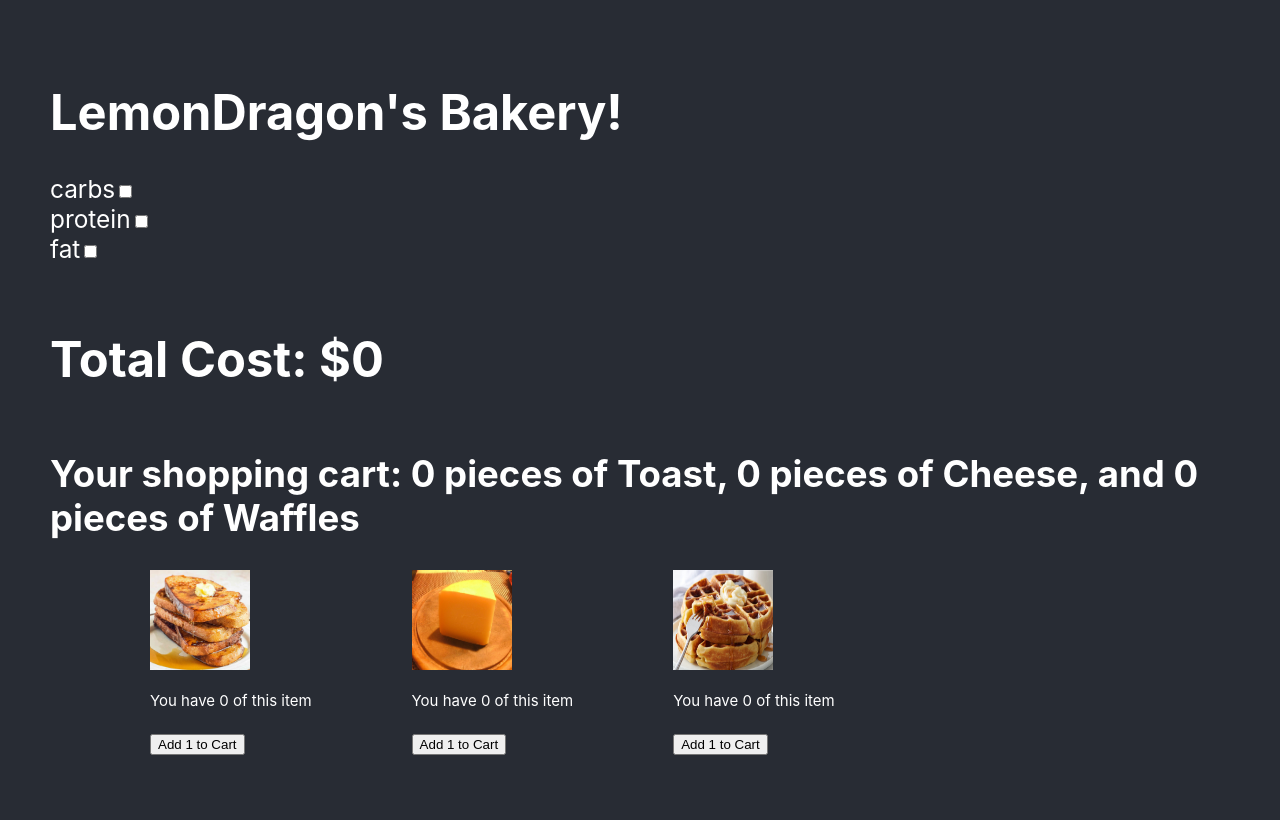
Repository: happydragon200/development
Page: /
An editor plug-in stored every save of this project. The page is shown before and after a run of saves, followed by the edit.
The browser window is 1280 px wide. The pictures show the whole page.
The project was rebuilt for these pictures with package versions that can differ from the ones it lists, and the page was loaded fresh each time.

Above is the page before, as saved 2022-12-02 04:48:35.

### src/App.js
import React, { useState } from 'react'
import baguette from './images/baguette.jpg'
import toast from './images/toast.png'
import cheese from './images/cheese.jpg'
import waffle from './images/waffle.jpg'
import Container from 'react-bootstrap/Container'
import Nav from 'react-bootstrap/Nav'
import Navbar from 'react-bootstrap/Navbar'
import NavDropdown from 'react-bootstrap/NavDropdown'
import './App.css'

function App() {
  return (
    <div>
      <div className="App">
        <header className="App-header">
          <h1>LemonDragon's Bakery!</h1>
          <Menu />
        </header>
      </div>
    </div>
  )
}

function FilterBar(props) {
  const { selected, changeSelected } = props

  const carbsButton = FilterButton(selected, changeSelected, 'carbs')
  const proteinButton = FilterButton(selected, changeSelected, 'protein')
  const fatButton = FilterButton(selected, changeSelected, 'fat')

  const pieButton = FilterButton(selected, changeSelected, 'pie')
  const cakeButton = FilterButton(selected, changeSelected, 'cake')
  const otherButton = FilterButton(selected, changeSelected, 'other')

  const buttons = [carbsButton, proteinButton, fatButton]

  return (
    <div>
      {buttons}
      <h1>{selected}</h1>
    </div>
  )
}

function FilterButton(selected, changeSelected, tag) {
  // const { selected, changeSelected, tag } = props

  const clickChange = () => {
    if (selected.includes(tag)) {
      // const new_selected = selected.remove(tag)

      var new_selected = selected.filter(function (value, index, arr) {
        return value !== tag
      })
      changeSelected(new_selected)
    } else {
      const new_selected = [...selected]
      new_selected.push(tag)
      changeSelected(new_selected)
    }
  }

  return (
    <div>
      {tag}
      <input
        type="checkbox"
        id="topping"
        name="topping"
        value="Paneer"
        // checked={man}
        onChange={clickChange}
      />
    </div>
  )
}

function Menu() {
  const [selected, changeSelected] = useState([])

  const [toSort, changeToSort] = useState(true)

  const [toast_count, toast_setcount] = useState(0)
  const [cheese_count, cheese_setcount] = useState(0)
  const [waffle_count, waffle_setcount] = useState(0)

  const toast_price = 5
  const cheese_price = 10
  const waffle_price = 100

  const toast_comp = [
    ['carb', 'delicious'],
    toast_price,
    BakeryItem(toast, toast_count, toast_setcount),
  ]
  const cheese_comp = [
    ['protein'],
    cheese_price,
    BakeryItem(cheese, cheese_count, cheese_setcount),
  ]
  const waffle_comp = [
    ['carb'],
    waffle_price,
    BakeryItem(waffle, waffle_count, waffle_setcount),
  ]

  var final_list = [toast_comp, cheese_comp, waffle_comp]

  if (selected.length > 0) {
    console.log('hi')
    console.log(final_list)
    console.log(selected)

    final_list = final_list.filter(function (food) {
      for (let i = 0; i < selected.length; i++) {
        const option = selected[i]

        if (!food[0].includes(option)) {
          console.log('false')
          return false
        }
      }
      console.log('true')
      return true
    })
  }

  if (toSort) {
    final_list.sort(function (a, b) {
      return a[1] - b[1]
    })
  }

  final_list = final_list.map((item) => item.slice(-1))

  console.log('sorted')

  console.log(final_list)
  console.log('hm')

  return (
    <>
      <FilterBar selected={selected} changeSelected={changeSelected} />
      <h1>
        Total Cost: $
        {toast_count * toast_price +
          cheese_count * cheese_price +
          waffle_count * waffle_price}
      </h1>
      <h2>
        Your shopping cart: {toast_count} pieces of Toast, {cheese_count} pieces
        of Cheese, and {waffle_count} pieces of Waffles
      </h2>

      <div className="flex-parent">{final_list}</div>
    </>
  )
}

function BakeryItem(img, count, setCount) {
  // const { img, count, setCount } = prop

  return (
    <div className="pad">
      <img src={img} className="Item-small" />
      <p className="smull">You have {count} of this item</p>
      <button onClick={() => setCount(count + 1)}>Add 1 to Cart</button>

      {count > 0 && (
        <button onClick={() => setCount(count - 1)}>Remove 1 from Cart</button>
      )}
    </div>
  )
}

export default App

// const [type, setType] = useState('ALL')

// var foods = [
//   {
//     name: 'toast',
//     type: 'bread',
//     price: 5,
//     img: { toast },
//     count: { toast_count },
//   },
//   {
//     name: 'cheese',
//     type: 'protein',
//     price: 10,
//     img: { cheese },
//     count: { cheese_count },
//   },
//   {
//     name: 'waffle',
//     type: 'bread',
//     price: 100,
//     img: { waffle },
//     count: { waffle_count },
//   },
// ]

// foods.filter(function (value, index, arr) {
//   return value
// })

### src/App.css
.App {
  /* text-align: center; */
}

.App-logo {
  height: 40vmin;
  pointer-events: none;
}

@media (prefers-reduced-motion: no-preference) {
  .App-logo {
    animation: App-logo-spin infinite 20s linear;
  }
}

.App-header {
  background-color: #282c34;
  min-height: 100vh;
  display: flex;
  flex-direction: column;
  align-items: flex-start;
  justify-content: flex-start;
  font-size: calc(10px + 2vmin);
  padding: 50px 50px 50px 50px;
  color: white;
}

.App-link {
  color: #61dafb;
}

.Item-small {
  height: 100px;
  width: 100px;
}

.inline {
  justify-content: space-around;
}

.pad {
  padding: 0px 0px 0px 100px;
}

.flex-parent {
  display: flex;
  justify-content: space-around;

}

.smull {
  font-size: 15px;
}

@keyframes App-logo-spin {
  from {
    transform: rotate(0deg);
  }
  to {
    transform: rotate(360deg);
  }
}

Loaded but not shown: public/index.html (common file); src/index.js (common file); src/index.css (common file)

After the next 2 saves:
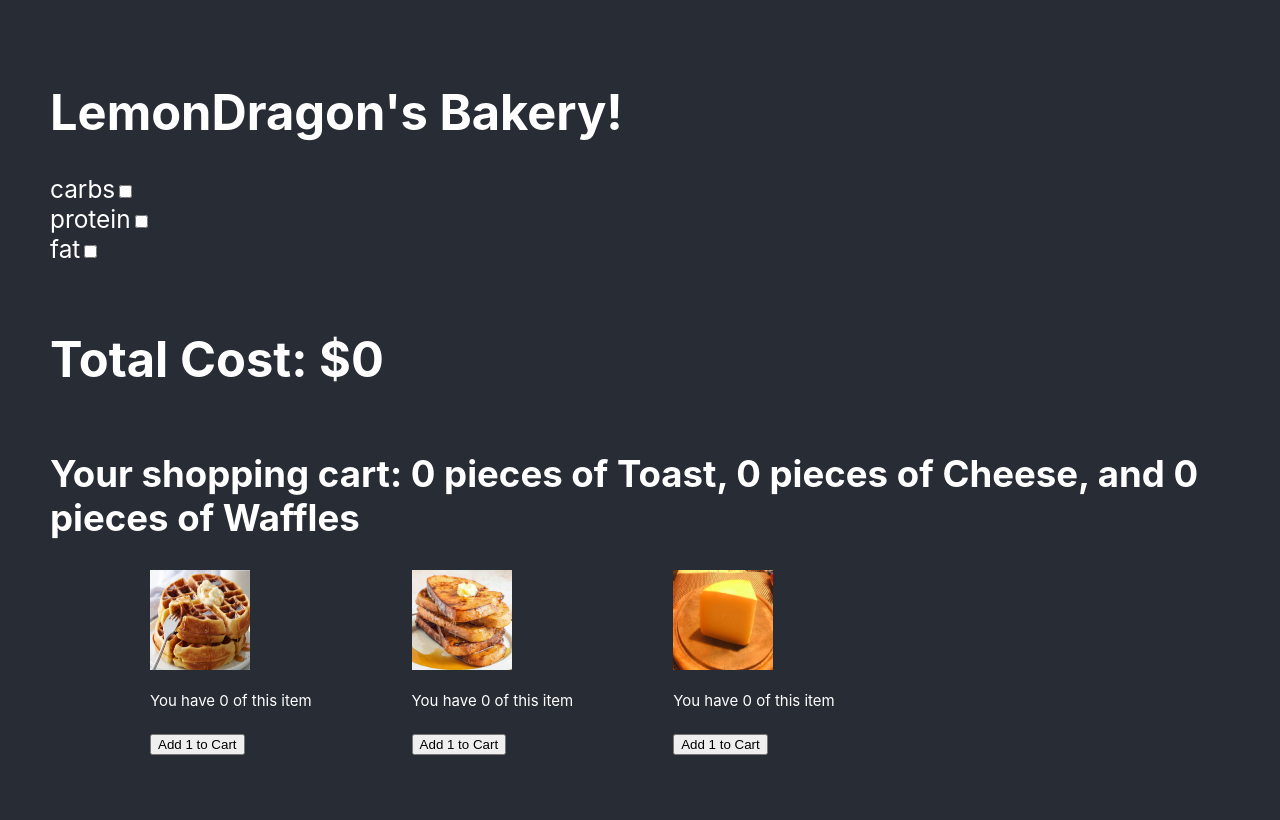
The 2 saves are shown as one change because they came seconds apart.
The last was saved 9 s later.
--- a/src/App.js
+++ b/src/App.js
@@ -87,7 +87,7 @@
 
   const toast_price = 5
   const cheese_price = 10
-  const waffle_price = 100
+  const waffle_price = -5
 
   const toast_comp = [
     ['carb', 'delicious'],

After the save that followed:
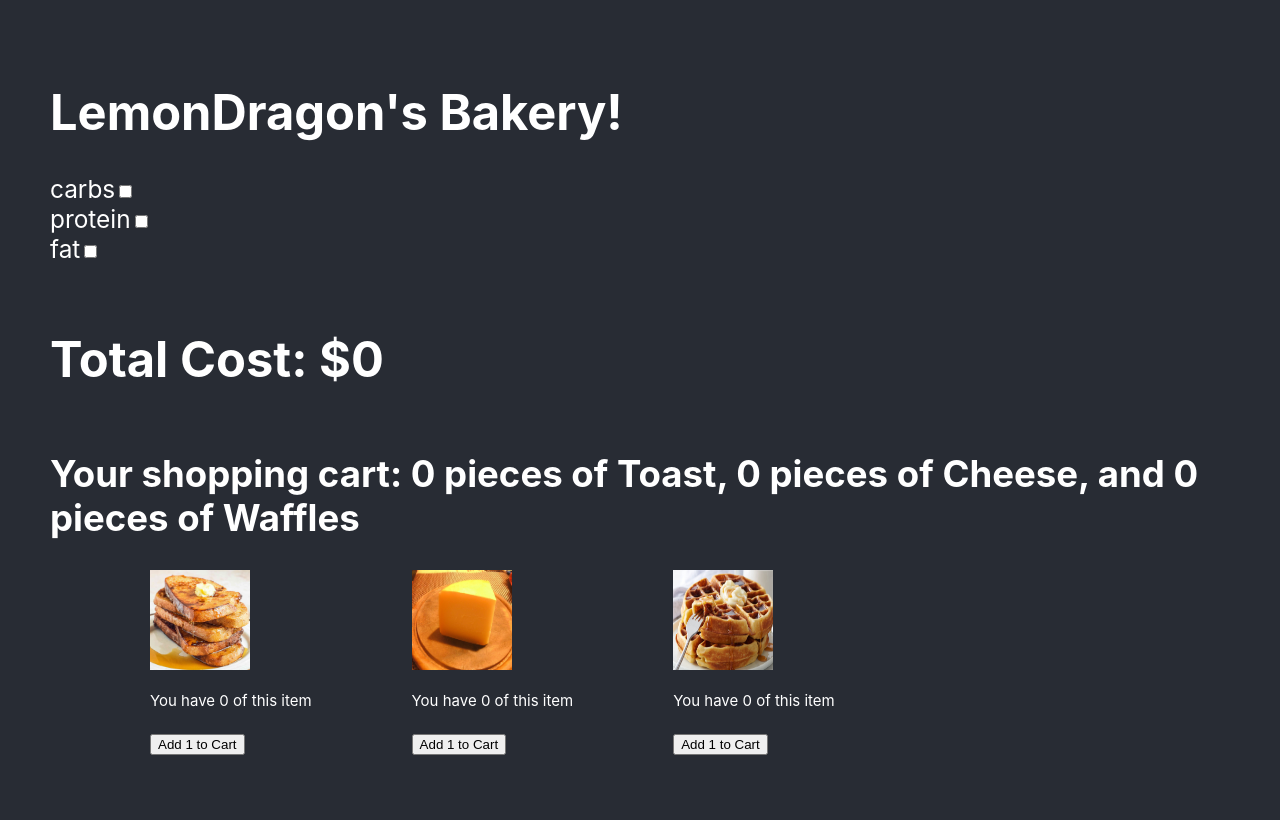
Saved 5 s later.
--- a/src/App.js
+++ b/src/App.js
@@ -87,7 +87,7 @@
 
   const toast_price = 5
   const cheese_price = 10
-  const waffle_price = -5
+  const waffle_price = 100
 
   const toast_comp = [
     ['carb', 'delicious'],
